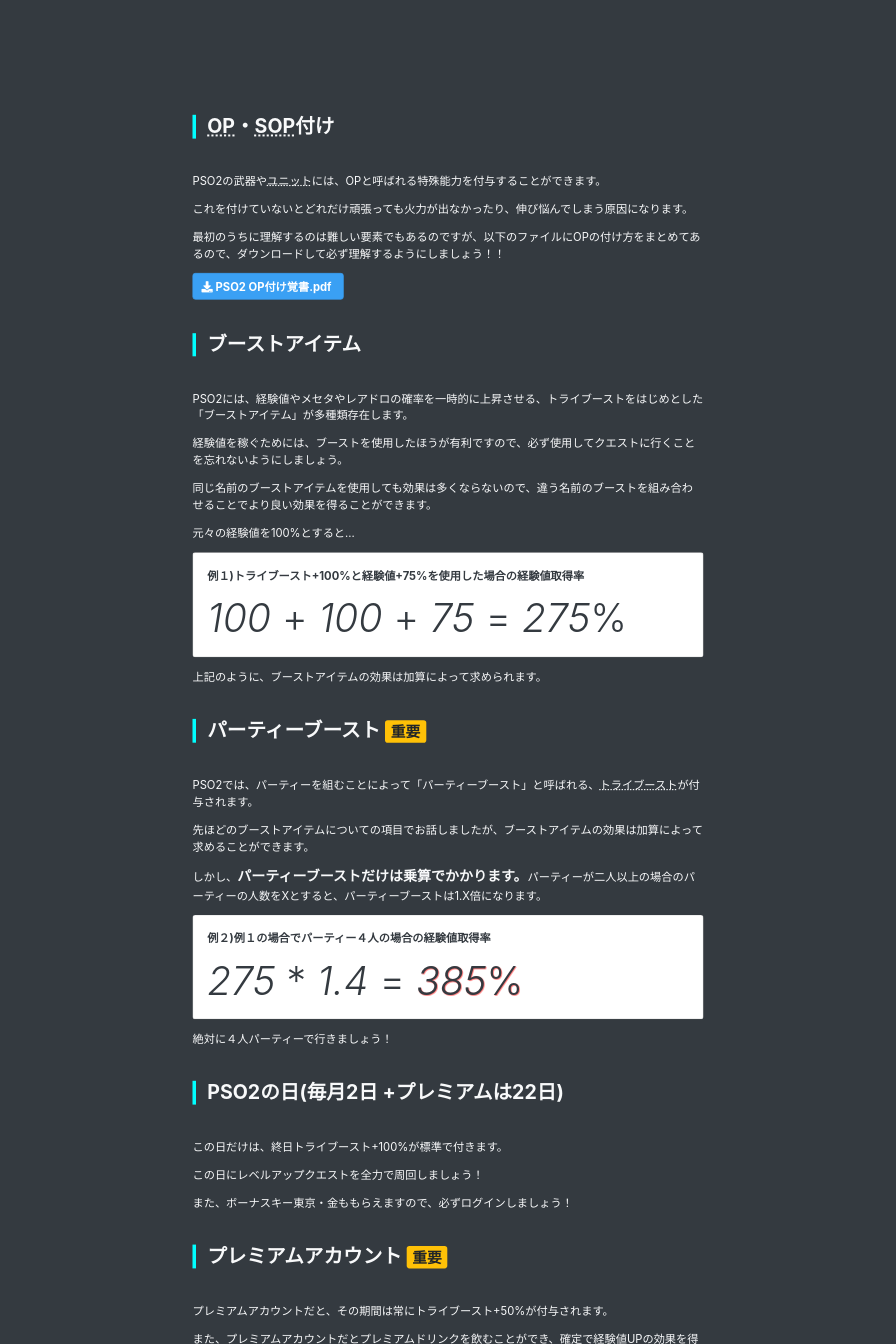
Repository: milkyahonpo/Website_source
Page: docs/capture.html
The author's editor kept a copy of each file at every save. The page is drawn from the files as they stood at one save, then again after a run of saves.
The browser window is 1280 px wide. The pictures show the part of the page from y = 3530 to 5450 px (the page is 10280 px tall before and 11258 px after), at 70% of full size.
Pictures or frames that could not be fetched are drawn as grey boxes. Some web libraries are served in a nearby version.

Above is the page before, as saved 2020-02-03 09:43:19.

### docs/capture.html
<!DOCTYPE html>
<html lang="ja">
  <head>
    <!-- Required meta tags -->
    <meta charset="utf-8">
    <meta name="viewport" content="width=device-width, initial-scale=1, shrink-to-fit=no">
    <!-- Bootstrap CSS -->
    <link rel="stylesheet" href="https://stackpath.bootstrapcdn.com/bootstrap/4.3.1/css/bootstrap.min.css" integrity="sha384-ggOyR0iXCbMQv3Xipma34MD+dH/1fQ784/j6cY/iJTQUOhcWr7x9JvoRxT2MZw1T" crossorigin="anonymous">
    <!-- My CSS -->
    <link rel="stylesheet" href="css/capture.css">
    <!-- favicon -->
    <link rel="shortcut icon" href="img/favicon.ico">
    <!-- Font Awesome -->
    <link href="https://use.fontawesome.com/releases/v5.6.1/css/all.css" rel="stylesheet">
    <!-- Google Fonts -->
    <link href="https://fonts.googleapis.com/css?family=Titillium+Web&display=swap" rel="stylesheet">

    <title>みるく屋本舗 - 攻略本 -</title>
  </head>

  <body>
  <!-- Navigation -->
  <nav class="navbar navbar-expand-lg navbar-light fixed-top py-3" id="mainNav">
    <div class="container">
      <a class="navbar-brand" href="index.html">
        <img src="./img/logo.png" width="50" height="50" alt="">
        <b>みるく屋本舗</b>
      </a>
      <button class="navbar-toggler navbar-togglar-right" type="button" data-toggle="collapse" data-target="#navbarResponsive" aria-controls="navbarResponsive" aria-expanded="false" aria-label="Toggle navigation">
        <span class="navbar-toggler-icon"></span>
      </button>
      <div class="collapse navbar-collapse" id="navbarResponsive">
        <ul class="navbar-nav ml-auto my-2 my-lg-0">
          <li class="nav-item">
            <a class="nav-link js-scroll-trigger" href="#basic">基礎知識</a>
          </li>
          <li class="nav-item">
            <a class="nav-link js-scroll-trigger" href="#lv1-50">Lv01～Lv50</a>
          </li>
          <li class="nav-item">
            <a class="nav-link js-scroll-trigger" href="#lv51-75">Lv51～Lv75</a>
          </li>
          <li class="nav-item">
            <a class="nav-link js-scroll-trigger" href="#lv76-80">Lv76～Lv80</a>
          </li>
          <li class="nav-item">
            <a class="nav-link js-scroll-trigger" href="#lv81-90">Lv81～Lv90</a>
          </li>
        </ul>
      </div>
    </div>
  </nav>
  <!-- About Section -->
  <section class="page-section h-100 bg-dark text-light">
    <div class="container h-100">
      <div class="row h-100 justify-content-center align-items-center">
        <div class="col-lg-8">
          <h2 class="display-1 mt-0 font-weight-bold text-center"><span style="color: cyan;">攻</span>略本</h2>
          <hr class="divider my-4">
          <p class="lead text-center">チムメンに役立つ育成情報を掲載します！</p>
          <p class="text-center"><small>最終更新 : 2020/01/23</small></p>
        </div>
      </div>
    </div>
  </section>

  <div class="page-section bg-dark text-light">
    <div class="container">
      <div class="row py-5 justify-content-center" id="basic">
        <div class="col-md-8">
          <h2 class="font-weight-bold">基礎知識</h2>
          <h3 class="my-5 pl-3"><strong class="font-weight-bold">メインクラスとサブクラス</strong></h3>
          <div class="px-3">
            <div>
              PSO2には「メインクラス」と「サブクラス」があります。
              <ul>
                <li>「メインクラス」装備できる武器に影響するクラス</li>
                <li>「サブクラス」一部のスキルとステータスの影響を受けるクラス<br>
              </ul>
              以下にクラス一覧と、その装備できる武器について示します。
            </div>
            <p class="alert alert-info">ガンスラッシュはどのクラスでも使用することができます。</p>
            <h4>通常クラス</h4>
            <table class="table table-striped table-hover my-3 table-dark">
              <tr><th>アイコン</th><th>クラス名</th><th>略称</th><th>装備できる武器</th></tr>
              <tr><td><img class="img-thumbnail" src="img/Hu.png"　style="display: inline-block" width="50px" height="auto"></td><td><a href="https://pso2.swiki.jp/index.php?%E3%83%8F%E3%83%B3%E3%82%BF%E3%83%BC">ハンター</a></td><td>Hu</td><td><ul><li>ソード</li><li>ワイヤードランス</li><li>パルチザン</li></ul></td></tr>
              <tr><td><img class="img-thumbnail" src="img/Fi.png"　style="display: inline-block" width="50px" height="auto"></td><td><a href="https://pso2.swiki.jp/index.php?%E3%83%95%E3%82%A1%E3%82%A4%E3%82%BF%E3%83%BC">ファイター</a></td><td>Fi</td><td><ul><li>ツインダガー</li><li>ダブルセイバー</li><li>ナックル</li></ul></td></tr>
              <tr><td><img class="img-thumbnail" src="img/Ra.png"　style="display: inline-block" width="50px" height="auto"></td><td><a href="https://pso2.swiki.jp/index.php?%E3%83%AC%E3%83%B3%E3%82%B8%E3%83%A3%E3%83%BC">レンジャー</a></td><td>Ra</td><td><ul><li>ランチャー</li><li>アサルトライフル</li></ul></td></tr>
              <tr><td><img class="img-thumbnail" src="img/Gu.png"　style="display: inline-block" width="50px" height="auto"></td><td><a href="https://pso2.swiki.jp/index.php?%E3%82%AC%E3%83%B3%E3%83%8A%E3%83%BC">ガンナー</a></td><td>Gu</td><td><ul><li>ツインマシンガン</li><li>アサルトライフル</li></ul></td></tr>
              <tr><td><img class="img-thumbnail" src="img/Fo.png"　style="display: inline-block" width="50px" height="auto"></td><td><a href="https://pso2.swiki.jp/index.php?%E3%83%95%E3%82%A9%E3%83%BC%E3%82%B9">フォース</a></td><td>Fo</td><td><ul><li>ロッド</li><li>タリス</li></ul></td></tr>
              <tr><td><img class="img-thumbnail" src="img/Te.png"　style="display: inline-block" width="50px" height="auto"></td><td><a href="https://pso2.swiki.jp/index.php?%E3%83%86%E3%82%AF%E3%82%BF%E3%83%BC">テクター</a></td><td>Te</td><td><ul><li>ウォンド</li><li>タリス</li></ul></td></tr>
              <tr><td><img class="img-thumbnail" src="img/Br.png"　style="display: inline-block" width="50px" height="auto"></td><td><a href="https://pso2.swiki.jp/index.php?%E3%83%96%E3%83%AC%E3%82%A4%E3%83%90%E3%83%BC">ブレイバー</a></td><td>Br</td><td><ul><li>カタナ</li><li>バレットボウ</li></ul></td></tr>
              <tr><td><img class="img-thumbnail" src="img/Bo.png"　style="display: inline-block" width="50px" height="auto"></td><td><a href="https://pso2.swiki.jp/index.php?%E3%83%90%E3%82%A6%E3%83%B3%E3%82%B5%E3%83%BC">バウンサー</a></td><td>Bo</td><td><ul><li>ジェットブーツ</li><li>デュアルブレード</li></ul></td></tr>
              <tr><td><img class="img-thumbnail" src="img/Su.png"　style="display: inline-block" width="50px" height="auto"></td><td><a href="https://pso2.swiki.jp/index.php?%E3%82%B5%E3%83%A2%E3%83%8A%E3%83%BC">サモナー</a></td><td>Su</td><td><ul><li>タクト</li></ul></td></tr >
            </table>
            <div class="my-5">
              <p>これらの通常クラスのいずれか２つをレベル75にすることで選択可能になる<strong class="lead font-weight-bold">「後継クラス」</strong>というものがあります。</p>
              <p>後継クラスは現状で３つあり、ファントムとエトワールはサブクラスとしてセットすることができますが、メインクラスとして使う場合、<strong class="lead font-weight-bold">全てサブクラスをセットすることができません。</strong>その代わりに、各クラス特徴のある強力なクラススキルを有しており、非常に優秀なクラスとなっています。</p>
            </div>
            <h4>後継クラス</h4>
            <table class="table table-striped table-hover my-3 table-dark">
              <tr><th>アイコン</th><th>クラス名</th><th>略称</th><th>装備できる武器</th></tr>
              <tr><td><img class="img-thumbnail" src="img/Hr.png"　style="display: inline-block" width="50px" height="auto"></td class="align-items-center"><td><a href="https://pso2.swiki.jp/index.php?%E3%83%92%E3%83%BC%E3%83%AD%E3%83%BC">ヒーロー</a></td><td>Hr</td><td><ul><li>ソード</li><li>ツインマシンガン</li><li>タリス</li></ul></td></tr>
              <tr><td><img class="img-thumbnail" src="img/Ph.png"　style="display: inline-block" width="50px" height="auto"></td><td><a href="https://pso2.swiki.jp/index.php?%E3%83%95%E3%82%A1%E3%83%B3%E3%83%88%E3%83%A0">ファントム</a></td><td>Ph</td><td><ul><li>カタナ</li><li>アサルトライフル</li><li>ロッド</li></td></tr>
              <tr><td><img class="img-thumbnail" src="img/Et.png"　style="display: inline-block" width="50px" height="auto"></td><td><a href="https://pso2.swiki.jp/index.php?%E3%82%A8%E3%83%88%E3%83%AF%E3%83%BC%E3%83%AB">エトワール</a></td><td>Et</td><td><ul><li>ダブルセイバー</li><li>デュアルブレード</li><li>ウォンド</li></td></tr>
            </table>
            <p>「メインクラス」は、当然ですが入手した経験値の100%が加算されます。</p>
            <p>「サブクラス」も、セットしておくだけでサブクラスがレベル70までは<strong class="lead font-weight-bold">メインクラスが獲得した経験値の25%</strong>が加算されます。</p>
            <p>そのため、必ずサブクラスをつけておきましょう。</p>
          </div>
          <h3 class="my-5 pl-3"><strong class="font-weight-bold"><abbr title="特殊能力(DL先のファイルに詳細)">OP</abbr>・<abbr title="S級特殊能力(DL先のファイルに詳細)">SOP</abbr>付け</strong></h3>
          <div class="px-3">
            <p>PSO2の武器や<abbr title="防具のこと">ユニット</abbr>には、OPと呼ばれる特殊能力を付与することができます。</p>
            <p>これを付けていないとどれだけ頑張っても火力が出なかったり、伸び悩んでしまう原因になります。</p>
            <p>最初のうちに理解するのは難しい要素でもあるのですが、以下のファイルにOPの付け方をまとめてあるので、ダウンロードして必ず理解するようにしましょう！！</p>
            <div class="movie-box">
              <iframe width="560" height="315" src="https://www.youtube-nocookie.com/embed/dSWcW5Sa8bw" frameborder="0" allow="accelerometer; autoplay; encrypted-media; gyroscope; picture-in-picture" allowfullscreen></iframe>
            </div>
          </div>
          <h3 class="my-5 pl-3"><strong class="font-weight-bold"><abbr title="特殊能力(DL先のファイルに詳細)">OP</abbr>・<abbr title="S級特殊能力(DL先のファイルに詳細)">SOP</abbr>付け</strong></h3>
          <p>PSO2の武器や<abbr title="防具のこと">ユニット</abbr>には、OPと呼ばれる特殊能力を付与することができます。</p>
          <p>これを付けていないとどれだけ頑張っても火力が出なかったり、伸び悩んでしまう原因になります。</p>
          <p>最初のうちに理解するのは難しい要素でもあるのですが、以下のファイルにOPの付け方をまとめてあるので、ダウンロードして必ず理解するようにしましょう！！</p>
          <a class="text-decoration-none" href="./document/PSO2 OP付け覚書.pdf" download="PSO2 OP付け覚書.pdf">
            <button class="btn btn-primary">
              <span class="text-decoration-none"><i class="fas fa-download"></i><b class="px-1">PSO2 OP付け覚書.pdf</b></span>
            </button>
          </a>
          <h3 class="my-5 pl-3"><strong class="font-weight-bold">ブーストアイテム</strong></h3>
          <p>PSO2には、経験値やメセタやレアドロの確率を一時的に上昇させる、トライブーストをはじめとした「ブーストアイテム」が多種類存在します。</p>
          <p>経験値を稼ぐためには、ブーストを使用したほうが有利ですので、必ず使用してクエストに行くことを忘れないようにしましょう。</p>
          <p>同じ名前のブーストアイテムを使用しても効果は多くならないので、違う名前のブーストを組み合わせることでより良い効果を得ることができます。</p>
          <p>元々の経験値を100%とすると...</p>
          <div class="card mb-3 text-dark">
            <div class="card-body">
            <p><b>例１)トライブースト+100%と経験値+75%を使用した場合の経験値取得率</b></p>
            <strong class="my-1 display-4"><var>100</var> + <var>100</var> + <var>75</var> = <var>275</var>%</strong>
            </div>
          </div>
          <p>上記のように、ブーストアイテムの効果は加算によって求められます。</p>

          <h3 class="my-5 pl-3"><strong class="font-weight-bold">パーティーブースト </strong><span class="badge badge-warning">重要</span></h3>
          <p>PSO2では、パーティーを組むことによって「パーティーブースト」と呼ばれる、<abbr title="略称「トラブ」 メセタ、レアドロ、経験値獲得量UP">トライブースト</abbr>が付与されます。</p>
          <p>先ほどのブーストアイテムについての項目でお話しましたが、ブーストアイテムの効果は加算によって求めることができます。</p>
          <p>しかし、<strong class="lead font-weight-bold">パーティーブーストだけは乗算でかかります。</strong>パーティーが二人以上の場合のパーティーの人数をXとすると、パーティーブーストは1.X倍になります。</p>
          <div class="card mb-3 text-dark">
            <div class="card-body">
            <p><b>例２)例１の場合でパーティー４人の場合の経験値取得率</b></p>
            <strong class="my-1 display-4"><var>275</var> * <var>1.4</var> = <span class="enh"><var>385</var>%</span></strong><br>
            </div>
          </div>
          <p>絶対に４人パーティーで行きましょう！</p>

          <h3 class="my-5 pl-3"><strong class="font-weight-bold">PSO2の日(毎月2日 +プレミアムは22日)</strong></h3>
          <p>この日だけは、終日トライブースト+100%が標準で付きます。</p>
          <p>この日にレベルアップクエストを全力で周回しましょう！</p>
          <p>また、ボーナスキー東京・金ももらえますので、必ずログインしましょう！</p>

          <h3 class="my-5 pl-3"><strong class="font-weight-bold">プレミアムアカウント </strong><span class="badge badge-warning">重要</span></h3>
          <p>プレミアムアカウントだと、その期間は常にトライブースト+50%が付与されます。</p>
          <p>また、プレミアムアカウントだとプレミアムドリンクを飲むことができ、確定で経験値UPの効果を得られるドリンクを飲むことができます！</p>
          <p>一応ノーマルアカウントでもランダムで出ますが、そちらは+10%でこちらは+15%なので、地味にありがたいことであったりします。</p>
          <p>その他多くのメリットがあり、非常におすすめです。詳細は以下からご確認ください。</p>
          <a href="http://pso2.jp/players/manual/preparations/ac/#sys-manual-513"><button class="btn btn-primary"><i class="fas fa-question-circle"></i> プレミアムアカウントについて</button></a>
        </_div>
      </div>
      <div class="row py-5 justify-content-center" id="lv1-50">
        <div class="col-lg-8">
          <h2><b>Lv01～50</b></h2>
          <h3 class="my-5 pl-3"><strong class="font-weight-bold">クエストに行かない！</strong></h3>
          <div class="px-3">
            <p>それが大事です。ひたすらに。</p>
            <p>理由としては、難易度的にも効率的にも、経験値がおいしくないからです。</p>
            <p>初心者として始めた時点だと、倉庫に「経験値獲得チケット」が眠っているので、まずはそれを使ってドシドシとレベルを上げていきましょう！</p>
            <p>１レベル上がるのに必要な経験値が一気に上がるのは41レベル以降なので、そこまでは一気に上がっていくはずです。</p>
            <p><strong class="lead font-weight-bold">しかし！！</strong>以下の注意点があります...</p>
          </div>
          <h3 class="my-5 pl-3"><strong class="font-weight-bold">レベル制限解除試練・Ⅰ<span class="mx-3">or</span>Ⅱ</strong></h3>
          <div class="px-3">
            <p><strong class="lead font-weight-bold">ゲートエリアのNPCコフィーのクライアントオーダー</strong>から、Ⅰはクラスレベル20、Ⅱはクラスレベル35になると受けることができます。</p>
            <p>このオーダーをクリアしておかないと、レベル30とレベル40の時点で<abbr title="レベルがそれ以上上がらない状態になること">レベルキャップ</abbr>を迎えてしまいます。そうなると経験値チケットを使用しても無駄になるだけなので、しっかりと解放しておきましょう！</p>
          </div>
        </div>
      </div>
      <div class="row py-5 justify-content-center" id="lv51-75">
        <div class="col-lg-8">
          <h2 class="mb-5"><b>Lv51～75</b></h2>
          <h3 class="my-5 pl-3"><strong class="font-weight-bold">ボーナスキー</strong></h3>
          <div class="px-3">
            <p><strong class="lead font-weight-bold">ここまで取っておいた君！よく我慢した！！！</strong></p>
            <p>ボーナスキーは有効期限がありますので、ここらで使うのも手ではないでしょうか。</p>
            <p>しかし、ボーナスクエストは、自身の現在のレベルに比例して取得できる経験値量が増加します。</p>
            <p>自身のレベルが80になると、取得できる経験値量の変動が頭打ちになるので、そこで使うのがもっとも効率が良い方法になります。</p>
            <p><strong class="lead font-weight-bold">PSO2の日はボーナスクエストにも経験値+100%がつく</strong>ので、期限がもつならその時に行きましょう！</p>
          </div>
          <h3 class="my-5 pl-3"><strong class="font-weight-bold">暗影渦巻く壊れた世界SH </strong><span class="badge badge-warning">重要</span></h3>
          <div class="px-3">
            <p>これより経験値がおいしいクエストは、他にはボーナスキーしかないレベルです。</p>
            <p>圧倒的経験値効率を誇るクエストなので、レベリングには必ず行きましょう！</p>
            <p><strong class="lead font-weight-bold">レベルアップクエストの仕様上、5日周期で1日来る</strong>ので必ずチェックしておきましょう。</p>
          </div>
          <h3 class="my-5 pl-3"><strong class="font-weight-bold">クラスごとの<abbr title="スキルポイント スキルツリーのスキルを取得するために必要になる レベル1UPごとに1SP">SP</abbr>取得クライアントオーダー </strong><span class="badge badge-warning">重要</span></h3>
          <div class="px-3">
            <p>レベル75になると、クラスキューブというアイテムを渡すことによって、クラスごとにSPを獲得できるクライアントオーダーが解放されます。</p>
            <p>クラスキューブとは、ハンターであれば「Huエクスキューブ」といったような、クラスの略称がついたアイテムになります。</p>
            <p>全てのクラス共通で、最初は1個、次は2個、3個、4個と要求数が増えていき、全4つのオーダーで合計10個のクラスキューブが必要になります。</p>
            <p><strong class="lead font-weight-bold">ゲートエリアのNPCシロナの「トレジャーショップ」</strong>から、SGまたはメセタを使用してクラスキューブを購入することができます。売っているクラスキューブは日替わりなので、自分の欲しいクラスキューブが陳列された時に購入しましょう！</p>
            <p>また、レベル90のレベルキャップに到達した状態でレベルアップすることで、そのクラスのクラスキューブを<strong class="lead font-weight-bold">レベルアップごとに７個</strong>取得することができます。</p>
          </div>
        </div>
      </div>
          <!--
          <h3 class="my-5 pl-3"><strong class="font-weight-bold">レベル75制限解除試験・○○ </strong><span class="badge badge-info">後継クラスのみ</span></h3>
          <p>レベル75制限解除試験とは、その名の通りレベル75のレベルキャップを解放するクライアントオーダーです。</p>
          <p>これまでもレベル30の時点やレベル40の時点にも存在したものと同じになります。</p>
          <p>このレベルキャップ解放はクラスごとにクリアする必要があります。</p>
          <p>条件は、<br>
          <strong class="lead font-weight-bold">「<abbr title="ガンスラッシュは対象外です">メインクラスで装備できる武器種</abbr>の☆13以上を+35まで強化する」</strong><br>
          というものになります。</p>
          <p><strong class="lead font-weight-bold">ゲートエリアのNPCプリンの「コレクトシート」</strong>で、☆13武器の+35をゲットするだけで達成することができます。</p>
          <p>コレクトシートとは、数あるアイテムの中から自身が欲しいアイテムを選択し、そのアイテムのシートを入手したのちに、シート中に記載されている必要項目を全達成することで対象のアイテムが入手できるというものです。</p>
          <p>それぞれの項目に指定された条件を達成すると項目のゲージが上昇していき、ゲージが最大になった時にドロップするアイテムを入手することで項目が達成されます。</p>
          <p>基本的にコレクトシートの項目の条件は、入手した時点で開催されている緊急クエストや期間限定クエストで達成できるものが設定されているので、どんどん参加しましょう！</p>
          -->

      <div class="row py-5 justify-content-center" id="lv76-80">
        <div class="col-lg-8">
          <h2 class="mb-5"><b>Lv76～80</b></h2>
          <h3 class="my-5 pl-3"><strong class="font-weight-bold">必要経験値の異常なまでの上昇 </strong><span class="badge badge-danger">難関</span></h3>
          <p><strong class="lead font-weight-bold">今までとは比べ物にならないくらいにレベルが上がらなくなってきます。</strong></p>
          <p>ただ、昔のPSO2と比較したら今はボーナスキーもあり、レベルアップクエストなんてものもあり、
          そのうえPSO2の日では経験値+100%で、プレミアムなら毎日トライブースト+50%もつくだって！？</p>
          <strong class="lead font-weight-bold">めげずに頑張りましょう！私たちがついています！</strong>

          <h3 class="my-5 pl-3"><strong class="font-weight-bold">ボーナスキー </strong></h3>
          <p>それはここでも同じです。</p>
          <p>PSO2で経験値が一番おいしいクエストは間違いなくボーナスキー！</p>
          <p>手に入れたらPSO2の日をねらって絶対に行きましょう！</p>
          <p>(ブーストアイテムを忘れずにね！)</p>

          <h3 class="my-5 pl-3"><strong class="font-weight-bold">暗影渦巻く壊れた世界XH </strong><span class="badge badge-success">更新時点 推奨</span></h3>
          <p>現状最強武器の「リバレイト〇〇」という武器の入手にはクラスキューブが必要になります。</p>
          <p>また、2020/02/05まで開催されている<a href="http://pso2.jp/players/event/newyear2020/">SPACE MAGATSU DESTROYERS</a>の個人ポイント獲得はこの暗影でもためることができ、暗影は1周2分で周回できるので非常に高効率となっています。(本来あってはならないことかもしれませんが...)</p>
          <p>以上の理由から、現時点では高レベルのプレイヤーも暗影を周回しており、人がすぐに集まることも多いため、以下に記載してあるSHを周回するよりも圧倒的に高効率でレベルアップすることができます。</p>

          <h3 class="my-5 pl-3"><strong class="font-weight-bold">暗影渦巻く壊れた世界SH </strong><span class="badge badge-secondary">更新時点 非推奨</span></h3>
          <p>「え？なんでまだこの段階でもXH行かないの？」</p>
          <p>そう思う方も多いことでしょう。</p>
          <p>試しにXHに行ってみた方はわかると思いますが、
          <strong class="lead font-weight-bold">クエストに12人いることのほうが少ないです。</strong></p>
          <p>理由はSHとXHの受注可能なレベル帯の差にあります。</p>
          <p>SHはレベル50から受注可能で、XHには、メインサブの双方を75まで上げないと行けません。</p>
          <p>なので、SHを回るのは、75-50=レベル25分の幅の方で、
          なおかつメインはレベル75であってもサブはまだという方も含まれます。</p>
          <p>それに対してXHはレベル75から受注可能で、最大はレベル90です。</p>
          <p>なので、XHを回るのは、90-75=レベル15分の幅の方で、
          なおかつメインサブ双方が75以上である方です。</p>
          <p>それゆえに、暗影で人数が集まるのは必然的にSHとなるわけです。</p>
          <p>人数が集まるということは、パーティーが組めるのでブーストがのる。</p>
          <p><strong class="lead font-weight-bold">そういうことです！</strong></p>

          <h3 class="my-5 pl-3"><strong class="font-weight-bold">クラスごとのSP取得クライアントオーダー </strong></h3>
          <p>Lv51～75で前述のとおりです。</p>
          <p>もしもレベル75の時点でやっていなかったのであれば、必ずここで済ませてしまいましょう！</p>

          <!--
          <h3 class="my-5 pl-3"><strong class="font-weight-bold">レベル80制限解除試験・○○ </strong></h3>
          <p>「またレベルキャップか・・・」</p>
          <p>安心してください。今回のは<b>めちゃくちゃ簡単</b>です。</p>
          <p>レベルを75にした時点で称号報酬でもらっていた、３つの<strong class="lead font-weight-bold">「サブ／ステラウォール」</strong>というユニット。</p>
          <p>若しくは、ここまで暗影を周回している人なら持っているであろう「ウェポンズバッジ2019」。</p>
          <p>それとバッジ交換ショップで交換できる☆12ユニットの、</p>
          <p><strong class="lead font-weight-bold">「リア／サーキュレイ」、「アーム／サーカレイ」、「レッグ／サークレイ」</strong>。</p>
          <p>そのどちらかのシリーズを全て+10にしてから装備して話しかけるだけで達成できます。</p>
          <p>ユニットの強化は、武器と比較してものすごく簡単なので、
          強化値+7までは補助アイテム何も無しで上げていき、
          +8以降は、「強化成功率+5%」と「強化リスク軽減(+1)」を使用して上げていくだけで十分です。</p>
          <p>もっていないのであれば、どちらも非常に安価にマイショップで販売していますので、
          どんどん上げて、ぱぱっと報告してしまいましょう！</p>
          -->
        </div>
      </div>
      <div class="row py-5 justify-content-center" id="lv81-90">
        <div class="col-lg-8">
          <h2 class="mb-5"><b>Lv81～90</b></h2>
          <h3 class="my-5 pl-3 display-4"><font color="orange">気合 <i class="fas fa-exclamation"></i></font></h3>
          <p>今までの知識をすべて駆使してレベルを上げていきましょう。</p>
          <p>ブースト、ボーナスキー、暗影...</p>
          <p><b style="font-size: 20px">頂上はもうすぐです！</b></p>
        </div>
      </div>
    </div>
  </div>
</section>
  <!-- Footer -->
  <footer class="bg-light py-5">
    <div class="container">
      <div class="small text-center text-muted">※当サイトの一部の掲載画像等に関する権利は、株式会社セガゲームズに帰属しています。</div>
      <div class="small text-center text-muted">Copyright &copy; 2019 - MYH / SEGA PHANTASY STAR ONLINE 2</div>
    </div>
  </footer>

  <!-- Bootstrap core JavaScript -->
  <script src="vendor/jquery/jquery.min.js"></script>
  <script src="vendor/bootstrap/js/bootstrap.bundle.min.js"></script>

  <!-- Plugin JavaScript -->
  <script src="vendor/jquery-easing/jquery.easing.min.js"></script>
  <script src="vendor/magnific-popup/jquery.magnific-popup.min.js"></script>

  <!-- Custom scripts for this template -->
  <script src="js/creative.min.js"></script>

    <!-- Optional JavaScript -->
    <!-- jQuery first, then Popper.js, then Bootstrap JS -->
    <script src="https://code.jquery.com/jquery-3.3.1.slim.min.js" integrity="sha384-q8i/X+965DzO0rT7abK41JStQIAqVgRVzpbzo5smXKp4YfRvH+8abtTE1Pi6jizo" crossorigin="anonymous"></script>
    <script src="https://cdnjs.cloudflare.com/ajax/libs/popper.js/1.14.7/umd/popper.min.js" integrity="sha384-UO2eT0CpHqdSJQ6hJty5KVphtPhzWj9WO1clHTMGa3JDZwrnQq4sF86dIHNDz0W1" crossorigin="anonymous"></script>
    <script src="https://stackpath.bootstrapcdn.com/bootstrap/4.3.1/js/bootstrap.min.js" integrity="sha384-JjSmVgyd0p3pXB1rRibZUAYoIIy6OrQ6VrjIEaFf/nJGzIxFDsf4x0xIM+B07jRM" crossorigin="anonymous"></script>
  </body>
</html>

Loaded but not shown: docs/css/capture.css (library); docs/vendor/jquery/jquery.min.js (library); docs/vendor/bootstrap/js/bootstrap.bundle.min.js (library); docs/vendor/jquery-easing/jquery.easing.min.js (common file); docs/vendor/magnific-popup/jquery.magnific-popup.min.js (library); docs/js/creative.min.js (7 lines, source omitted)

After the next 2 saves:
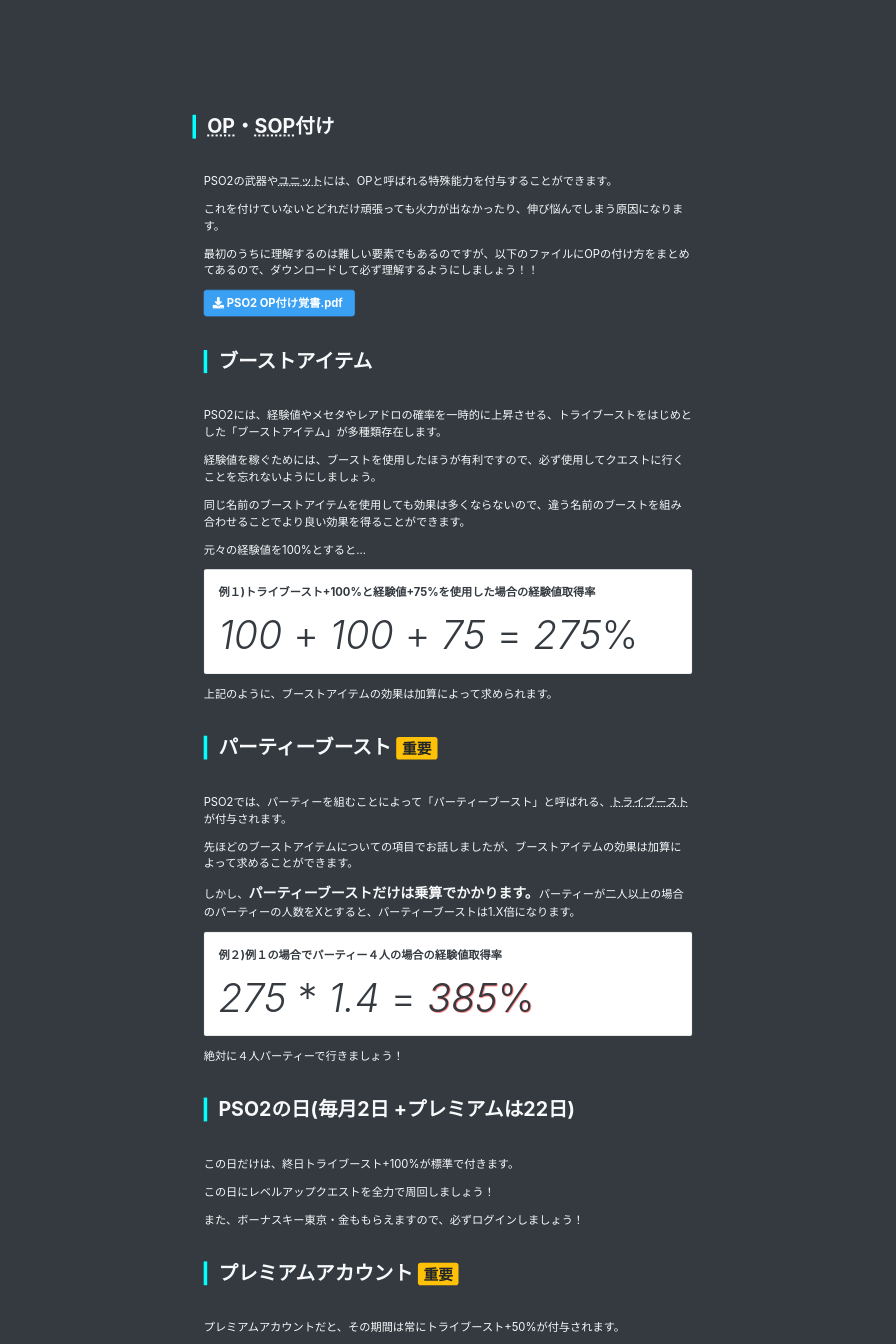
The 2 saves are shown as one change because they came seconds apart.
The last was saved 34 s later.
--- a/docs/capture.html
+++ b/docs/capture.html
@@ -118,14 +118,16 @@
             </div>
           </div>
           <h3 class="my-5 pl-3"><strong class="font-weight-bold"><abbr title="特殊能力(DL先のファイルに詳細)">OP</abbr>・<abbr title="S級特殊能力(DL先のファイルに詳細)">SOP</abbr>付け</strong></h3>
-          <p>PSO2の武器や<abbr title="防具のこと">ユニット</abbr>には、OPと呼ばれる特殊能力を付与することができます。</p>
-          <p>これを付けていないとどれだけ頑張っても火力が出なかったり、伸び悩んでしまう原因になります。</p>
-          <p>最初のうちに理解するのは難しい要素でもあるのですが、以下のファイルにOPの付け方をまとめてあるので、ダウンロードして必ず理解するようにしましょう！！</p>
-          <a class="text-decoration-none" href="./document/PSO2 OP付け覚書.pdf" download="PSO2 OP付け覚書.pdf">
-            <button class="btn btn-primary">
-              <span class="text-decoration-none"><i class="fas fa-download"></i><b class="px-1">PSO2 OP付け覚書.pdf</b></span>
-            </button>
-          </a>
+          <div class="px-3">
+            <p>PSO2の武器や<abbr title="防具のこと">ユニット</abbr>には、OPと呼ばれる特殊能力を付与することができます。</p>
+            <p>これを付けていないとどれだけ頑張っても火力が出なかったり、伸び悩んでしまう原因になります。</p>
+            <p>最初のうちに理解するのは難しい要素でもあるのですが、以下のファイルにOPの付け方をまとめてあるので、ダウンロードして必ず理解するようにしましょう！！</p>
+            <a class="text-decoration-none" href="./document/PSO2 OP付け覚書.pdf" download="PSO2 OP付け覚書.pdf">
+              <button class="btn btn-primary">
+                <span class="text-decoration-none"><i class="fas fa-download"></i><b class="px-1">PSO2 OP付け覚書.pdf</b></span>
+              </button>
+            </a>
+          <div>
           <h3 class="my-5 pl-3"><strong class="font-weight-bold">ブーストアイテム</strong></h3>
           <p>PSO2には、経験値やメセタやレアドロの確率を一時的に上昇させる、トライブーストをはじめとした「ブーストアイテム」が多種類存在します。</p>
           <p>経験値を稼ぐためには、ブーストを使用したほうが有利ですので、必ず使用してクエストに行くことを忘れないようにしましょう。</p>
